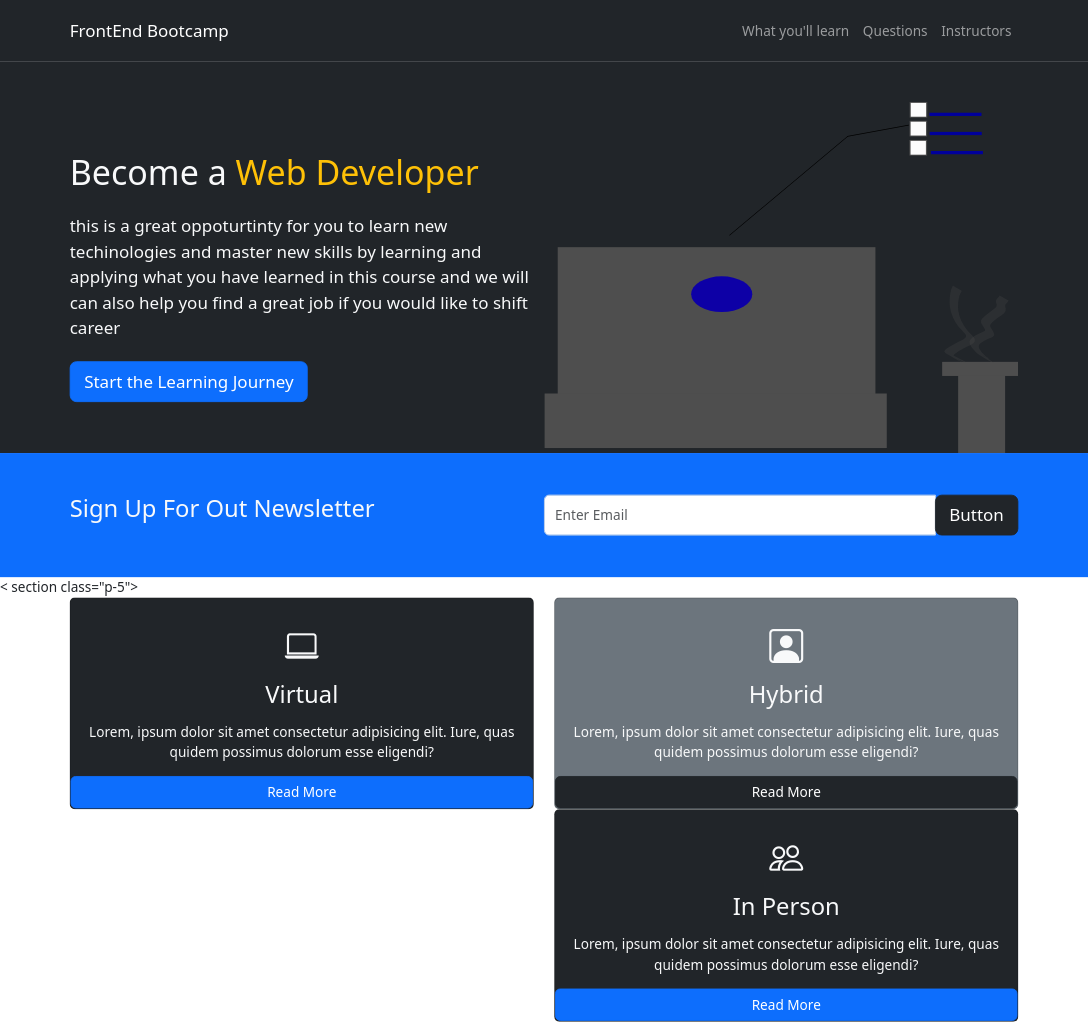
Repository: HaziimYassien/Front-End-BootCamp-__BootStrap-Project
Page: Front End BootCamp2/index.html
An editor plug-in stored every save of this project. The page is shown before and after the next save, followed by the edit.
The browser window is 1280 px wide. The pictures show the whole page, at 85% of full size.
Some web libraries are served in a nearby version.

Above is the page before, as saved 2024-01-12 03:31:06.

After the next save:
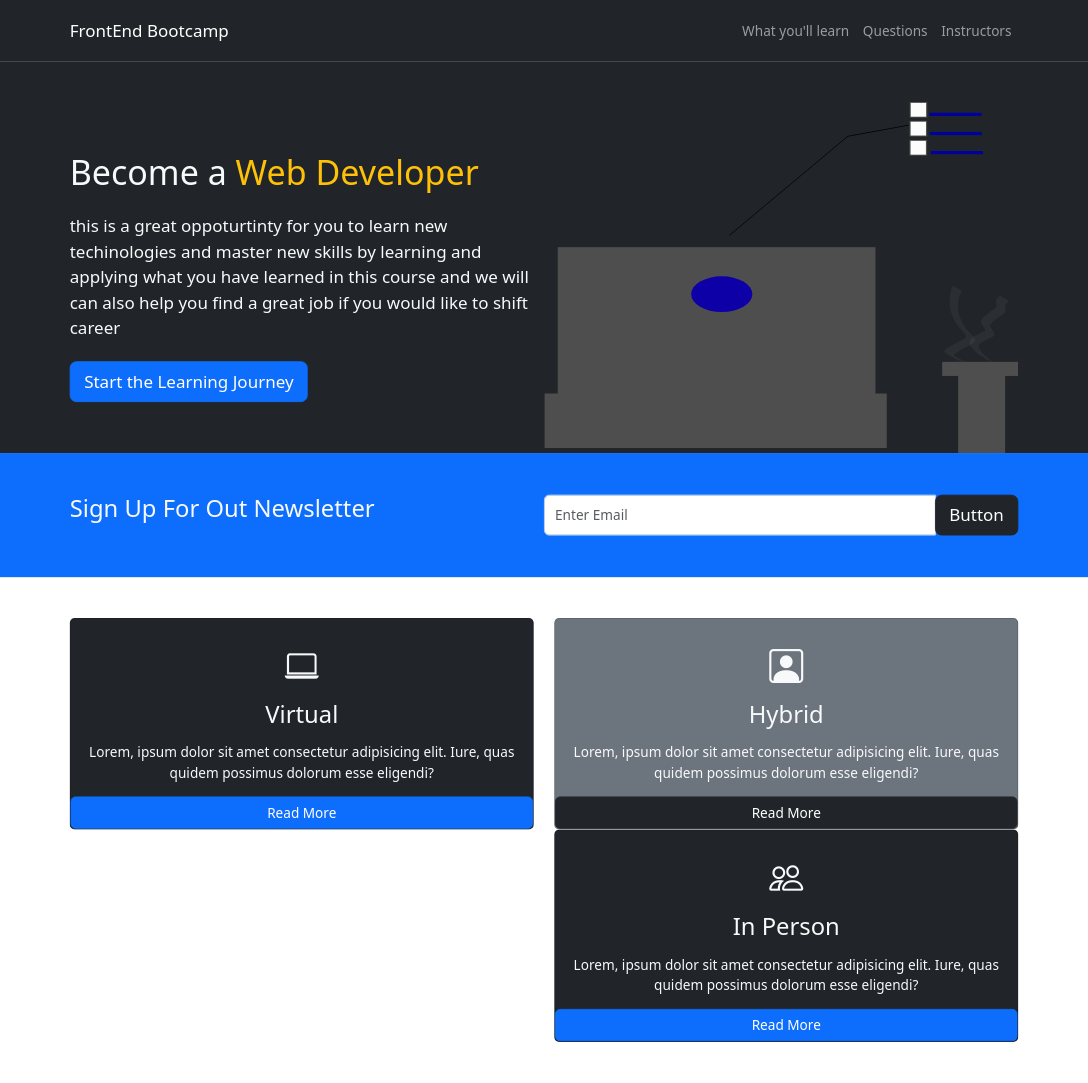
Saved 47 s later.
--- a/Front End BootCamp2/index.html
+++ b/Front End BootCamp2/index.html
@@ -91,7 +91,7 @@
     <!-- END _NewsLetter -->
 
     <!-- START _Boxes -->
-    < section class="p-5">
+    <section class="p-5">
       <div class="container">
         <div class="row text-center g-4">
           <div class="col-md">
@@ -139,7 +139,7 @@
           </div>
         </div>
       </div>
-    </section>
+    </sectio>
     <script
       src="https://cdn.jsdelivr.net/npm/bootstrap@5.3.2/dist/js/bootstrap.bundle.min.js"
       integrity="sha384-C6RzsynM9kWDrMNeT87bh95OGNyZPhcTNXj1NW7RuBCsyN/o0jlpcV8Qyq46cDfL"
